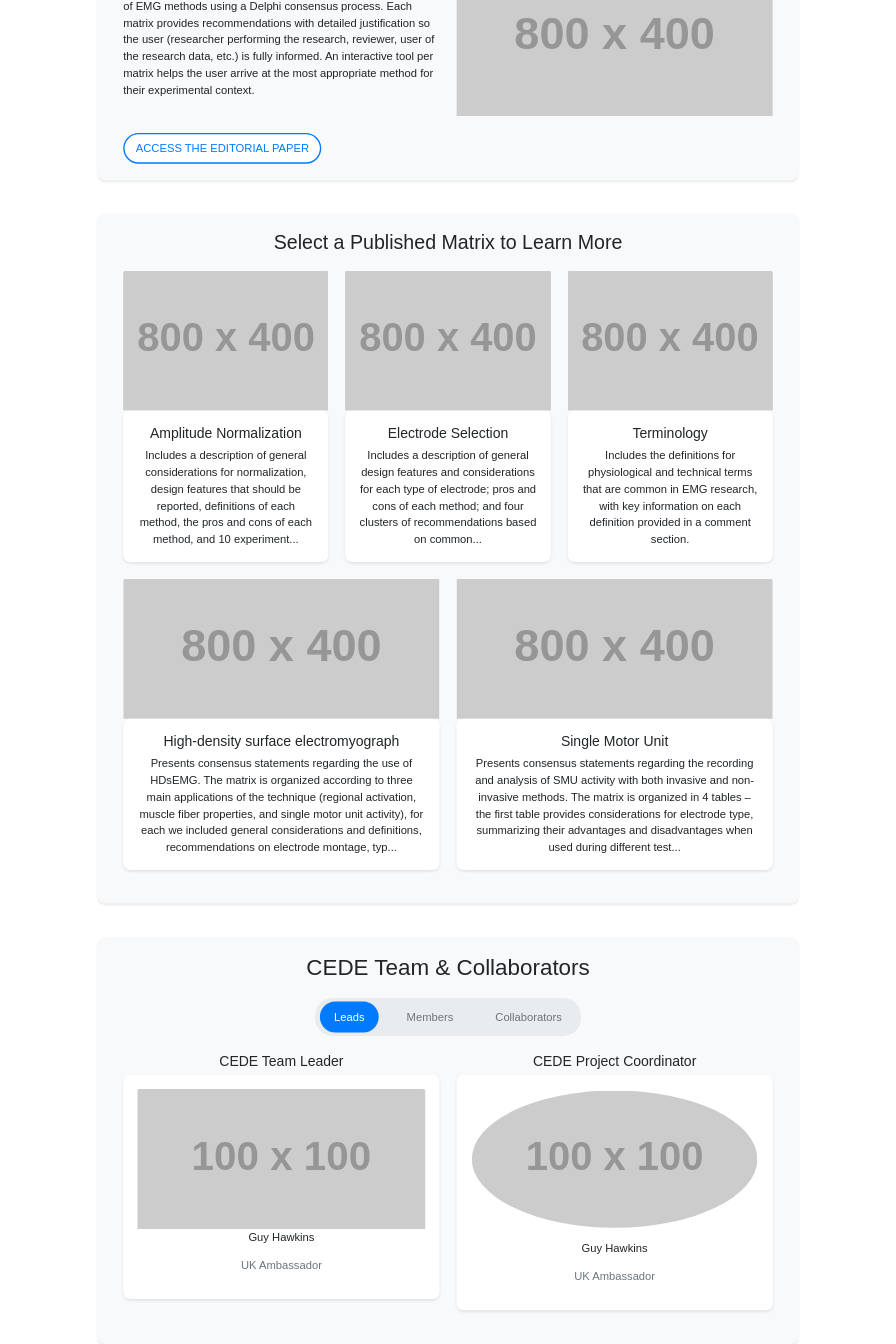
Repository: devashrisamani/CEDE-Website
Page: website/index.html
An editor plug-in stored every save of this project. The page is shown before and after the next save, followed by the edit.
The browser window is 1280 px wide. The pictures show the part of the page from y = 1007 to 2927 px (the page is 2927 px tall before and 2911 px after), at 70% of full size.

Above is the page before, as saved 2024-06-26 12:22:28.
Console error: TypeError: Cannot read properties of null (reading 'addEventListener')

After the next save:
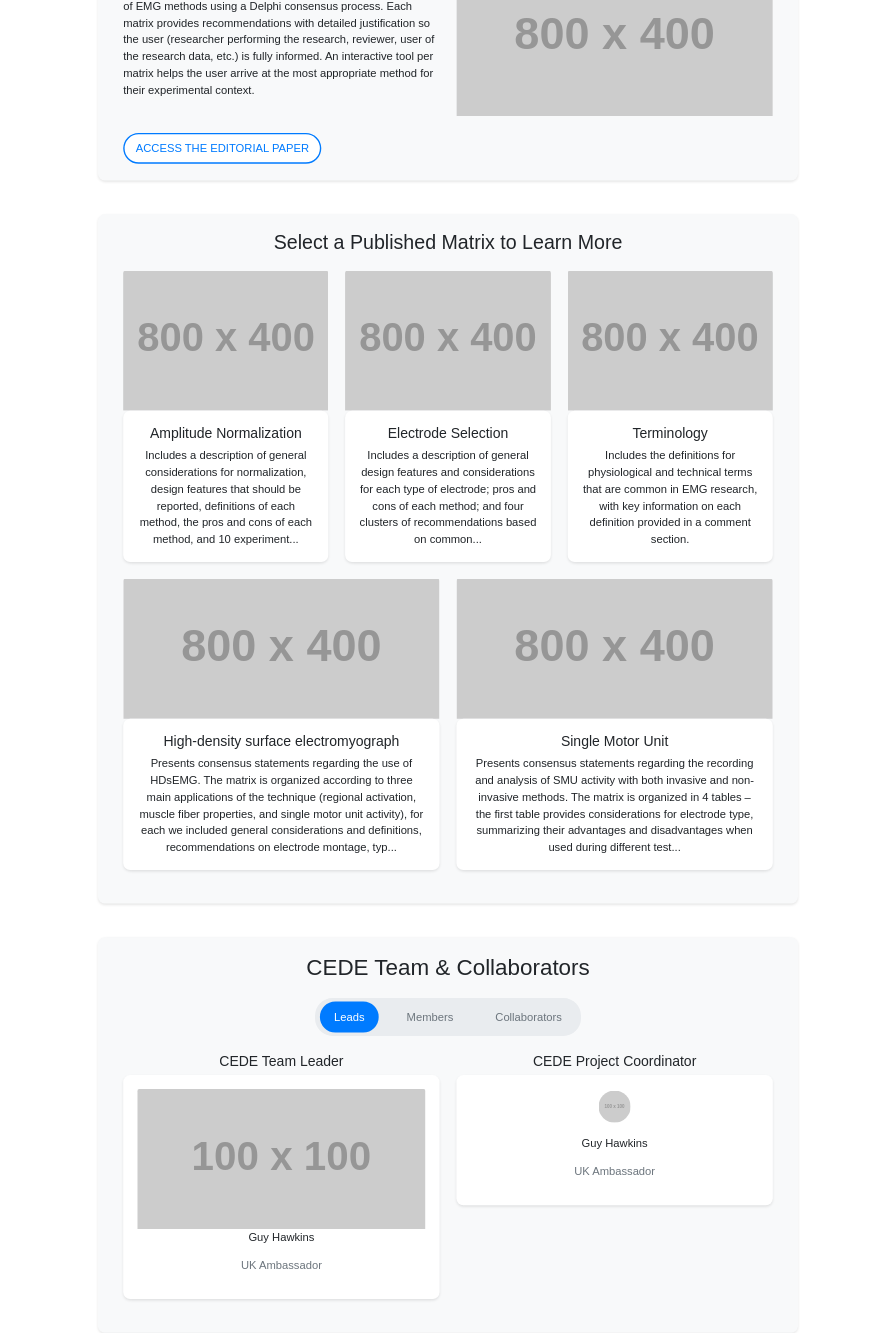
Saved 44 s later.
--- a/website/index.html
+++ b/website/index.html
@@ -434,7 +434,7 @@
             </div>
             <div class="col-md-6 mb-4">
               <h5 class="font-weight-bold">CEDE Project Coordinator</h5>
-              <div class="card">
+              <div class="card-img-top">
                 <div class="card-body">
                   <img
                     src="https://via.placeholder.com/100"
